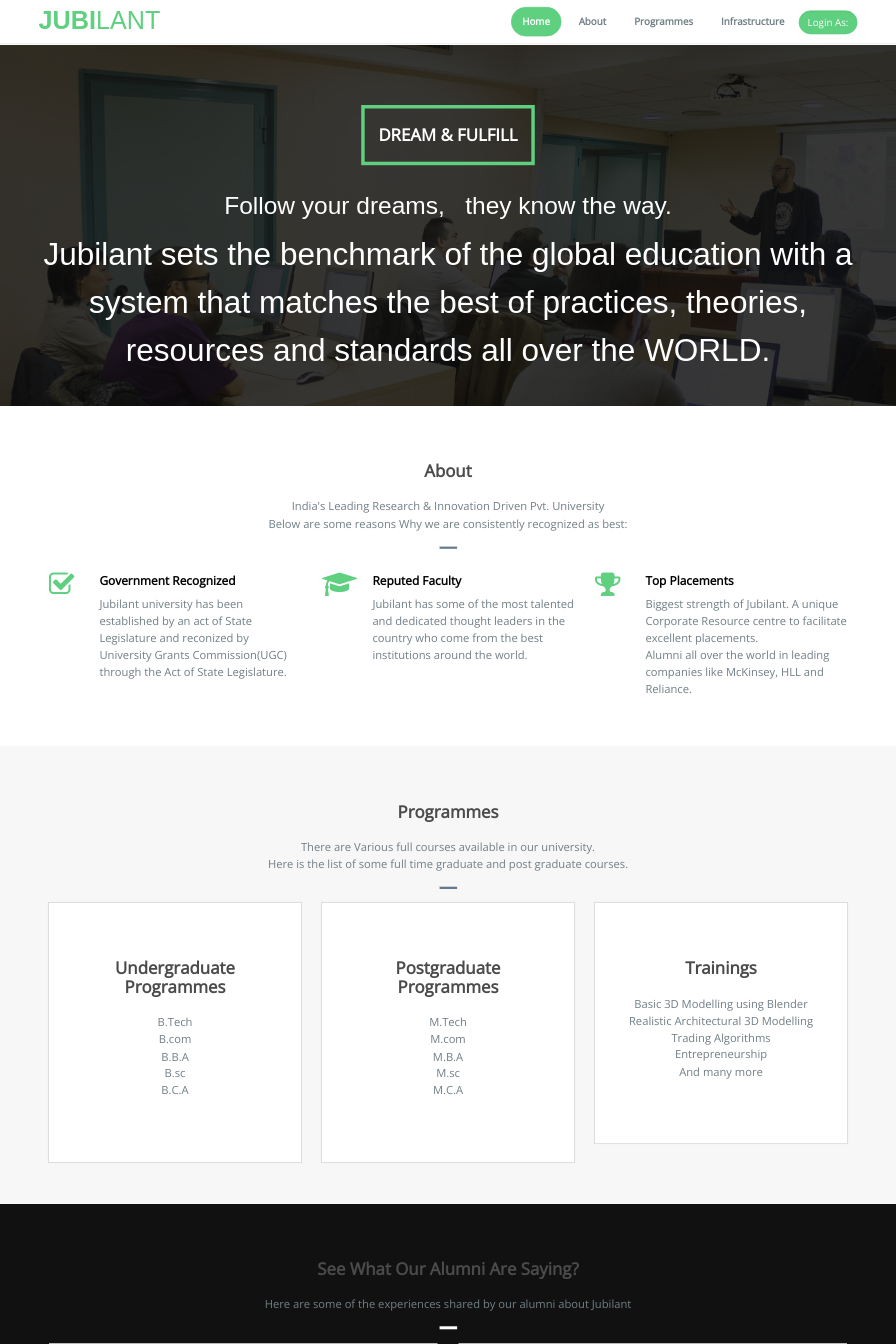
Repository: GauravC8/UMS
Page: http://localhost/login/WEB-INF/index.jsp
These files come from the project's save history. The page is drawn as it stood at one moment and after the next save; the edit follows.
The browser window is 1280 px wide. The pictures show the part of the page from y = 0 to 1920 px (the page is 3363 px tall), at 70% of full size.
Some web fonts or font styles are not loaded; a fallback is used. The page is served by Tomcat 9. Nobody is signed in. Other server files are loaded and not shown. The template is opened directly, without the code that normally fills it, so the values that code supplies are empty.

Above is the page before, as saved 2019-04-08 11:06:51.

### login/src/main/webapp/WEB-INF/index.jsp
<%@ page language="java" contentType="text/html; charset=ISO-8859-1"
	pageEncoding="ISO-8859-1"%>
<%@ taglib uri="http://www.springframework.org/tags/form" prefix="form"%>
<%@taglib prefix="c" uri="http://java.sun.com/jsp/jstl/core"%>

<!DOCTYPE html>
<html lang="en">

<head>
<meta charset="utf-8">
<meta name="viewport" content="width=device-width, initial-scale=1">
<title>UMS</title>

<link rel="stylesheet" type="text/css"
	href="https://fonts.googleapis.com/css?family=Open+Sans|Candal|Alegreya+Sans">
<link rel="stylesheet" type="text/css"
	href="resources/css/font-awesome.min.css">
<link rel="stylesheet" type="text/css"
	href="resources/css/bootstrap.min.css">
<link rel="stylesheet" type="text/css"
	href="resources/css/imagehover.min.css">
<link rel="stylesheet" type="text/css" href="resources/css/style.css">

</head>

<body>
	<!--Navigation bar-->
	<nav class="navbar navbar-default navbar-fixed-top">
		<div class="container">
			<div class="navbar-header">
				<button type="button" class="navbar-toggle" data-toggle="collapse"
					data-target="#myNavbar"></button>
				<a class="navbar-brand" href="index.html">Jubi<span>lant</span></a>
			</div>
			<div class="collapse navbar-collapse" id="myNavbar">
				<ul class="nav navbar-nav navbar-right">
					<li class="btn-trial"><a href="#Home">Home</a></li>
					<li><a href="#about">About</a></li>
					<li><a href="#programmes">Programmes</a></li>
					<li><a href="#infrasturcture">Infrastructure</a></li>
					<li >
						<div class="dropdown">
							<button class="btn btn-default dropdown-toggle form-control"
								type="button" id="menu1" data-toggle="dropdown">
								Login As: <span class="navbar-nav"></span>
							</button>
							<ul class="dropdown-menu" role="menu" aria-labelledby="menu1">
								<li role="presentation"><a role="menuitem" tabindex="-1"
									href="user/loginForm">Student</a></li>
								<li role="presentation"><a role="menuitem" tabindex="-1"
									href="user/loginForm">Faculty</a></li>
								<li role="presentation"><a role="menuitem" tabindex="-1"
									href="user/loginForm">Admin</a></li>
							</ul>
						</div>
					</li>

				</ul>
			</div>
		</div>
	</nav>
	<!--/ Navigation bar-->


	<!--Modal box-->
	<div class="modal fade" id="login" role="dialog">
		<div class="modal-dialog modal-sm">

			<!-- Modal content no 1-->
			<div class="modal-content">
				<div class="modal-header">
					<button type="button" class="close" data-dismiss="modal">&times;</button>
					<h4 class="modal-title text-center form-title">Login</h4>
				</div>
				<div class="modal-body">

					<div class="login-box-body">
						<%-- <form:form action="user/loginUser" class="form-horizontal"
							method="post" modelAttribute="user">
							<div class="form-group">
								<label for="emailId" class="col-md-3 control-label">Email</label>
								<div class="col-md-9">
									<form:input name="emailId" path="emailId"
										cssClass="form-control" />
								</div>
							</div>

							<div class="form-group">
								<label for="password" class="col-md-3 control-label">Password</label>
								<div class="col-md-9">
									<form:password name="password" path="password"
										cssClass="form-control" />
								</div>
							</div>
							<div class="form-group">
								<!-- Button -->
								<div class="col-md-offset-3 col-md-9">
									<form:button cssClass="btn btn-primary">Login</form:button>
								</div>
							</div>
							<div style="color: red">${error}</div>

						</form:form> --%>
					</div>
				</div>
			</div>
		</div>

	</div>
	<!--/ Modal box-->


	<!--Banner-->
	<div class="banner"
		style="background: url('resources/images/bg-banner.jpg') no-repeat center top">
		<div class="bg-color">
			<div class="container">
				<div class="row">
					<div class="banner-text text-center">
						<div class="text-border">
							<h2 class="text-dec">Dream & Fulfill</h2>
						</div>
						<div class="intro-para text-center quote">
							<p class="big-text">Follow your dreams, &nbsp they know the
								way.<p><p class="small-t
							ext">Jubilant sets the benchmark of the
								global education with a system that matches the best of
								practices, theories, resources and standards all over the WORLD.</p>
						</div>

					</div>
				</div>
			</div>
		</div>
	</div>
	<!--/ Banner-->
	<!--About-->
	<section id="about" class="section-padding">
		<div class="container">
			<div class="row">
				<div class="header-section text-center">
					<h2>About</h2>
					<p>
						India's Leading Research & Innovation Driven Pvt. University<br>
						Below are some reasons Why we are consistently recognized as best:
					</p>
					<hr class="bottom-line">
				</div>

				<div class="about">
					<div class="col-md-4">
						<div class="heading pull-right">
							<h4>Government Recognized</h4>
							<p>Jubilant university has been established by an act of
								State Legislature and reconized by University Grants
								Commission(UGC) through the Act of State Legislature.</p>
						</div>
						<div class="about-img pull-left">
							<i class="fa fa-check-square-o"></i>
						</div>
					</div>
				</div>
				<div class="about">
					<div class="col-md-4">
						<div class="heading pull-right">
							<h4>Reputed Faculty</h4>
							<p>Jubilant has some of the most talented and dedicated
								thought leaders in the country who come from the best
								institutions around the world.</p>
						</div>
						<div class="about-img pull-left">
							<i class="fa fa-graduation-cap"></i>
						</div>
					</div>
				</div>
				<div class="about">
					<div class="col-md-4">
						<div class="heading pull-right">
							<h4>Top Placements</h4>
							<p>
								Biggest strength of Jubilant. A unique Corporate Resource centre
								to facilitate excellent placements.<br> Alumni all over the
								world in leading companies like McKinsey, HLL and Reliance.
							</p>
						</div>
						<div class="about-img pull-left">
							<i class="fa fa-trophy"></i>
						</div>
					</div>
				</div>

			</div>
		</div>
	</section>
	<!--/ About-->

	<!--Programs-->
	<section id="programmes" class="section-padding">
		<div class="container">
			<div class="row">
				<div class="header-section text-center">
					<h2>Programmes</h2>
					<p>
						There are Various full courses available in our university.<br>
						Here is the list of some full time graduate and post graduate
						courses.
					</p>
					<hr class="bottom-line">
				</div>
				<div class="col-md-4 col-sm-6">
					<div class="service-box text-center">
						<h2>Undergraduate Programmes</h2>
						<p>
							B.Tech<br>B.com<br>B.B.A<br>B.sc<br>B.C.A
						</p>
					</div>
				</div>
				<div class="col-md-4 col-sm-6">
					<div class="service-box text-center">
						<h2>Postgraduate Programmes</h2>
						<p>
							M.Tech<br>M.com<br>M.B.A<br>M.sc<br>M.C.A
						</p>
					</div>
				</div>
				<div class="col-md-4 col-sm-6">
					<div class="service-box text-center">
						<h2>Trainings</h2>
						<p>
							Basic 3D Modelling using Blender<br>Realistic Architectural
							3D Modelling<br>Trading Algorithms<br>Entrepreneurship<br>And
							many more
						</p>
					</div>
				</div>
			</div>
		</div>
	</section>
	<!--/ programmes-->

	<!--Testimonial-->
	<section id="testimonial" class="section-padding">
		<div class="container">
			<div class="row">
				<div class="header-section text-center">
					<h2 class="white">See What Our Alumni Are Saying?</h2>
					<p class="white">Here are some of the experiences shared by our
						alumni about Jubilant</p>
					<hr class="bottom-line bg-white">
				</div>
				<div class="col-md-6 col-sm-6">
					<div class="text-comment">
						<p class="text-par">"Life in Jubilant has been a breathtaking
							experience.All the faculty members,mentors and everyone in
							Jubilant family have been a great help and a strong support. This
							place has immensely added to my persona and I will always cherish
							the memories I shared with this place."</p>

						<p class="text-name">
							Himani Gupta- MBA in Competitive Intelligence<br>
							Batch:2012-14
						</p>
					</div>
				</div>
				<div class="col-md-6 col-sm-6">
					<div class="text-comment">
						<p class="text-par">"Jubilant has been a completely enriching
							experience. I have acquired lot of confidence through various
							plaforms provided by College such as Sangathan, Youth Fest etc
							which gave us opportunity to present our innate creativity and
							talent. The faculty is very supportive and ready to help
							anytime."</p>
						<p class="text-name">
							Anita Kumari - B.sc(Fashion Design)<br>Batch:2011-14
						</p>
					</div>
				</div>
			</div>
		</div>
	</section>
	<!--/ Testimonial-->
	<!--Infrastructure-->
	<section id="infrasturcture" class="section-padding">
		<div class="container">
			<div class="row">
				<div class="header-section text-center">
					<h2>Infrastructure</h2>
					<p></p>
					<hr class="bottom-line">
				</div>
			</div>
		</div>
		<div class="container">
			<div class="row">
				<div class="col-md-4 col-sm-6 padleft-right">
					<figure class="imghvr-fold-up">
						<img src="resources/images/library.jfif" class="img-responsive">
						<figcaption>
							<h3>Library</h3>
							<p>Synonymous with the abode of knowledge, the six libraries
								at Jubilant are stocked with the lakhs of books and thousands of
								journals to propel the wisdom growth of the students. These
								libraries are frequently updated with new books and other useful
								study material for students.</p>
						</figcaption>
						<a href="#"></a>
					</figure>
				</div>
				<div class="col-md-4 col-sm-6 padleft-right">
					<figure class="imghvr-fold-up">
						<img src="resources/images/classroom.jfif" class="img-responsive">
						<figcaption>
							<h3>Syndicate Rooms</h3>
							<p>
								300 students can brainstorm at the same time in 50 Syndicate
								Rooms.<br>The Syndicate Rooms provide the perfect setting
								to acquire team skills through exercises like brain-storming
								sessions, group discussions, role-plays etc.
							</p>
						</figcaption>
						<a href="#"></a>
					</figure>
				</div>
				<div class="col-md-4 col-sm-6 padleft-right">
					<figure class="imghvr-fold-up">
						<img src="resources/images/auditorium.jfif" class="img-responsive">
						<figcaption>
							<h3>Auditorium</h3>
							<p>State-of-the-art auditoriums with a combined seating
								capacity of over 3,500 act as a common ground for students,
								faculty and corporate personalities for regular interfaces,
								conferences and other events.</p>
						</figcaption>
						<a href="#"></a>
					</figure>
				</div>
				<div class="col-md-4 col-sm-6 padleft-right">
					<figure class="imghvr-fold-up">
						<img src="resources/images/play.jfif" class="img-responsive">
						<figcaption>
							<h3>Playground</h3>
							<p>At Jubilant,sports form one of the important aspects of a
								student's development.From increasing concentration levels and
								working as a team to inculcating a winning spirit;sports help
								students build a strong character.</p>
						</figcaption>
						<a href="#"></a>
					</figure>
				</div>
				<div class="col-md-4 col-sm-6 padleft-right">
					<figure class="imghvr-fold-up">
						<img src="resources/images/hostel.jfif" class="img-responsive">
						<figcaption>
							<h3>Hostel Accomodation</h3>
							<p>Jubilant offers comprehensive hostel facilities for boys
								and girls separately within the University Campus.Caring wardens
								and a vigilant security ensures a pleasant stay allowing
								students to focus on academics.</p>

					</figure>
				</div>
				<div class="col-md-4 col-sm-6 padleft-right">
					<figure class="imghvr-fold-up">
						<img src="resources/images/labs.jfif" class="img-responsive">
						<figcaption>
							<h3>Laboratory</h3>
							<p>The specialised biotechnology laboratories are equipped to
								conduct advanced practical and research work.Jubilant has over
								300 labs where students experiment and bring to practice what
								they have learnt in theory.</p>
						</figcaption>
						<a href="#"></a>
					</figure>
				</div>
			</div>
		</div>
	</section>
	<!--/ Courses-->




	<!--Footer-->
	<footer id="footer" class="footer">
		<div class="container text-center">

			<h3>For More Information</h3>


			<!-- End newsletter-form -->
			<ul class="social-links">
				<li><a href="#link"><i class="fa fa-twitter fa-fw"></i></a></li>
				<li><a href="#link"><i class="fa fa-facebook fa-fw"></i></a></li>
				<li><a href="#link"><i class="fa fa-google-plus fa-fw"></i></a></li>
				<li><a href="#link"><i class="fa fa-dribbble fa-fw"></i></a></li>
				<li><a href="#link"><i class="fa fa-linkedin fa-fw"></i></a></li>
			</ul>
			All rights reserved

		</div>
	</footer>
	<!--/ Footer-->

	<script src="resources/js/jquery.min.js"></script>
	<script src="resources/js/jquery.easing.min.js"></script>
	<script src="resources/js/bootstrap.min.js"></script>
	<script src="resources/js/custom.js"></script>
	<script src="resources/contactform/contactform.js"></script>

</body>

</html>

### login/src/main/webapp/WEB-INF/resources/css/style.css

body {
	font-size: 15px;
    line-height: 1.52;
    color: #717f86;
    font-size: 16px;
	font-family: 'Open Sans', sans-serif;
    font-weight: 400;
}
ol, ul {
	list-style: none;
}
blockquote, q {
	quotes: none;
}
blockquote:before, blockquote:after,
q:before, q:after {
	content: '';
	content: none;
}
table {
	border-collapse: collapse;
	border-spacing: 0;
}
.section-padding{
	padding: 60px 0px;
}
h1, h2, h3, h4, h5, h6{
    font-family: Open Sans, sans-serif;
    font-weight: 700;
    color: #4B4B4C;
}
a{
    color: #5fcf80;
}
a:hover, a:focus{
    color: #5fcf80;
}
/***********************************
Navigation bar
************************************/
.navbar-default .navbar-brand {
    color: #5FCF80;
}
.navbar-default {
    background-color: #ffffff;
}

.navbar-default .navbar-nav > li > a {
    color: #717f86;
    font-size: 14px;
    font-weight: 700;
}
.navbar-nav > li > a{
	padding: 0px;
	margin: 10px 5px;
	padding: 10px 15px;
}
.navbar-default .navbar-nav > li > a:focus, .navbar-default .navbar-nav > li > a:hover
{
	color: #5FCF80;
}
.btn {


background-color: #5FCF80;
	border-radius: 50px;
	color: #ffffff !important;
	border: 1px solid #5FCF80;
	margin-top: 15px;
}
.navbar-nav .active a{
    background: none !important;
    color: #5FCF80 !important;
    outline: none;
}

.btn-trial a{
	background-color: #5FCF80;
	border-radius: 25px;
	color: #ffffff !important;
	border: 1px solid #5FCF80;
}
.btn-trial a:hover, .btn-trial a:focus{
	border: 1px solid #5FCF80;
	background-color: #fff;
	color: #5FCF80 !important;
}
.navbar-default .navbar-brand {
    font-family: 'Dosis', sans-serif !important;
    font-weight: 700;
    text-transform: uppercase;
    padding: 0px;
    height: inherit;
    font-size: 36px;
    margin: 20px 0px;
}
.navbar-default .navbar-brand span{
	font-weight: 100 !important;
}
.navbar {
    margin-bottom: 0px;
}
.padding-zero{
	padding: 0px;
}
.mart20{
	margin-top: 20px;
}
/***********************************
Banner
************************************/
.banner{
	background: url('resources/images/bg-banner.jpg') no-repeat center top;
    background-size: cover;
	min-height: 580px;
    position: relative;
}
.bg-color{
	background-color: RGBA(12, 11, 11, 0.82);
	min-height: 580px;
}
.text-dec{
	font-size: 24px;
	padding: 10px 20px;
    margin: 15px 0;
	text-transform: uppercase;
    color: #fff;
}
.text-border{
	border: 5px solid #5FCF80;
	display: inline-block;
	margin-top: 150px;
}
.intro-para{
	font-family: 'Alegreya Sans', sans-serif;
	font-size: 45px;
	color: #fff;
	margin-top: 30px;
}

.modal-dialog {
    width: 600px;
    margin: 150px auto;
}
.modal-content h4 {
    font-size: 1.5em;
    font-weight: 700;
}
.login-box-body {
    padding: 15px 30px;
}
.login-box-msg, .register-box-msg {
    margin: 0px;
    text-align: center;
    padding: 0px 20px 20px;
}
.form-title{
color:#5FCF80;
}
.form-control{
border-color:#5FCF80;
}
.modal-sm {
    width: 400px;
}
.padleft-right{
    padding-left: 5px;
    padding-right: 0px;
}
.big-text{
    font-size: 35px;
}
.small-text{
    font-size: 16px;
}
btn{
    background-color: #5fcf80;
    color: #fff;
    -webkit-transition: all 0.3s ease-in-out;
  -moz-transition: all 0.3s ease-in-out;
  transition: all 0.3s ease-in-out;
  margin-top: 10px;
}
.btn:hover,.btn:focus{
    background-color: black;
    color: #5fcf80;
    border-color: #fff;
     -webkit-transition: all 0.3s ease-in-out;
  -moz-transition: all 0.3s ease-in-out;
  transition: all 0.3s ease-in-out;
}
/***********************************
About
************************************/
h2{
	font-size: 24px;
	padding-bottom: 15px;
}
.bottom-line{
	width: 25px;
	height: 3px;
	background-color: rgb(99, 122, 145);
}
.about{
	margin-top: 25px;
}
.about-img {
  width: 20%;
}
.heading {
    width: 80%;
}
.about i {
    font-size: 39px;
    color: #5FCF80;
    margin-top: 7px;
}
.heading h4 {
    font-size: 17px;
    line-height: 1.25;
    font-weight: 700;
    color: #000;
    margin: 10px 0px;
    text-align: left;
}
.heading p {
  text-align: left;
}

/***********************************
Programmes
************************************/
#programmes {
    background-color: rgb(247, 247, 247);
}
.service-box{
    background: #fff;
    padding: 60px 30px 80px;
    box-shadow: 0px 0px 1px 1px rgba(0,0,0,0.1);
}



/***********************************
Testimonial
************************************/
#testimonial{
    background-color: #111;
}
.bg-white{
    background-color: #fff !important;
}
.text-comment{
  background-color: rgb(255, 255, 255);
  padding: 20px;
}
.text-par{
  font-size: 20px;
  padding-bottom: 15px;
}
/***********************************
Infrastructure
************************************/
[class*=" imghvr-"] figcaption, [class^="imghvr-"] figcaption {
    background-color: #5FCF80;
}
[class*=" imghvr-"], [class^="imghvr-"] {
    background-color: #5FCF80;
    color: #fff;
}

/***********************************
Footer
************************************/
.footer {
    padding: 60px 0 20px;
    background: #111;
    color: #ccc;
}
.footer a {
    color: #fff;
}

.footer h3{
	font-weight: 300;
	letter-spacing: 0.05em;
	margin: 0 0 40px;
	font-size: 24px;
}
.footer .form-control {
    border-radius: 30px;
    border: none;
    background: rgba(255,255,255,.1);
    padding-left: 30px;
    color: #e5e6e7;
    margin-bottom: 0;
    height: 48px;
}
.footer .social-links li a {
    color: #fff;
    font-size: 32px;
    line-height: 50px;
    border-radius: 50%;
    text-align: center;
    -webkit-transition: all .3s ease-out;
    transition: all .3s ease-out;
}
.footer .social-links li {
    display: inline-block;
    margin: 0 25px 25px;
    -webkit-transition: all .3s ease-out;
    transition: all .3s ease-out;
}
.footer .mc-trial {
    margin: 20px 0;
}
.footer .social-links {
    list-style: none;
    padding: 0;
    margin: 30px 0 40px;
    padding: 40px 0 0;
    border-bottom: 1px solid rgba(255,255,255,0.2);
}

.footer .form-control:focus{
    box-shadow: none;
}
/***********************************
************************************
Responsive media queries
************************************
***********************************/
@media (min-width: 769px) and (max-width: 980px) {
    .ser-text {
    font-size: 20px;
    }
    .service-box{
        margin-bottom: 30px;
    }
}
@media (min-width: 451px) and (max-width: 768px) {
    .ser-text {
    font-size: 20px;
    }
    .service-box{
        margin-bottom: 30px;
    }


}
@media (min-width: 20px) and (max-width: 450px) {
    .text-dec {
    font-size: 20px;
    }
    .big-text {
    font-size: 30px;
    }
    .small-text {
    font-size: 14px;
    }
    .intro-para {
    font-size: 30px;
    }
    .header-section p{
        font-size: 14px;
    }
    .heading {
    margin-bottom: 20px;
    }

    h3.det-txt {
    font-size: 28px;
    }

    .service-box, .text-comment{
        margin-bottom: 30px;
    }

    .footer .social-links li {
    margin: 0 5px 25px;
    }

    .modal-sm {
    width: 300px;
    }
    .login-box-body {
    padding: 15px 20px;
    }
    .navbar-default .navbar-brand{
        margin-left: 10px;
    }
    .navbar-default .navbar-nav > li > a{
        text-align: center;
    }
}

### login/src/main/webapp/WEB-INF/resources/js/custom.js
(function($) {

  // Navigation scrolls
  $(".navbar-nav li a").on('click', function(event) {
    $('.navbar-nav li').removeClass('active');
    $(this).closest('li').addClass('active');
    var $anchor = $(this);
    var nav = $($anchor.attr('href'));
    if (nav.length) {
      $('html, body').stop().animate({
        scrollTop: $($anchor.attr('href')).offset().top
      }, 1500, 'easeInOutExpo');

      event.preventDefault();
    }
  });
  $(".navbar-collapse a").on('click', function() {
    $(".navbar-collapse.collapse").removeClass('in');
  });

  // Add smooth scrolling to all links in navbar
  $("a.mouse-hover, a.get-quote").on('click', function(event) {
    var hash = this.hash;
    if (hash) {
      event.preventDefault();
      $('html, body').animate({
        scrollTop: $(hash).offset().top
      }, 1500, 'easeInOutExpo');
    }
  });
})(jQuery);

Loaded but not shown: login/src/main/webapp/WEB-INF/resources/css/font-awesome.min.css (library); login/src/main/webapp/WEB-INF/resources/css/bootstrap.min.css (library); login/src/main/webapp/WEB-INF/resources/css/imagehover.min.css (library); login/src/main/webapp/WEB-INF/resources/js/jquery.min.js (library); login/src/main/webapp/WEB-INF/resources/js/jquery.easing.min.js (library); login/src/main/webapp/WEB-INF/resources/js/bootstrap.min.js (library)

After the next save:
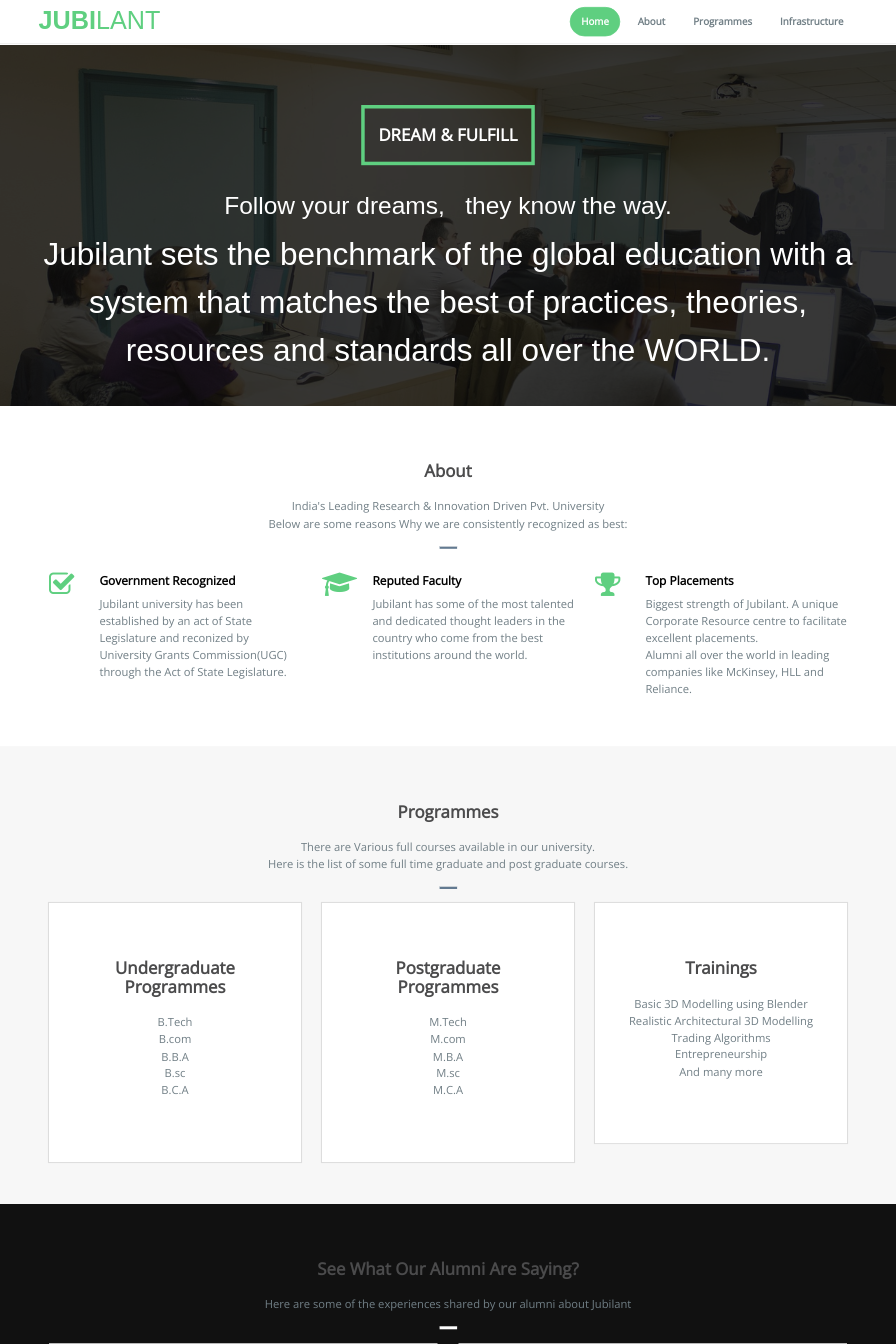
Saved 49 s later.
--- a/login/src/main/webapp/WEB-INF/index.jsp
+++ b/login/src/main/webapp/WEB-INF/index.jsp
@@ -40,9 +40,9 @@
 					<li><a href="#infrasturcture">Infrastructure</a></li>
 					<li >
 						<div class="dropdown">
-							<button class="btn btn-default dropdown-toggle form-control"
-								type="button" id="menu1" data-toggle="dropdown">
-								Login As: <span class="navbar-nav"></span>
+							<button type="button" class="navbar-toggle" data-toggle="collapse"
+					data-target="#myNavbar">
+								Login As: <span class="caret"></span>
 							</button>
 							<ul class="dropdown-menu" role="menu" aria-labelledby="menu1">
 								<li role="presentation"><a role="menuitem" tabindex="-1"
